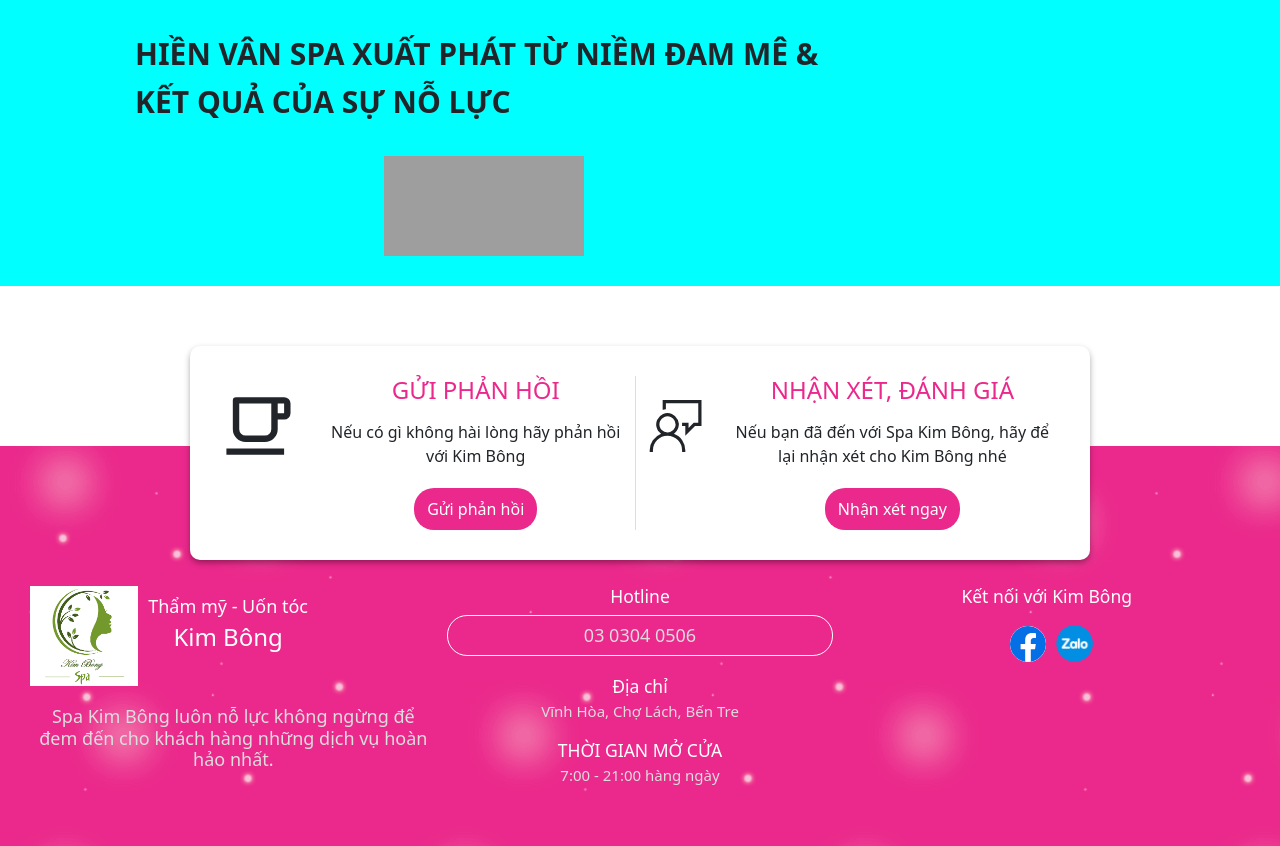
Repository: tranduykhuong/SpaKimBong
Page: /about
An editor plug-in stored every save of this project. The page is shown before and after the next save, followed by the edit.
The browser window is 1280 px wide. The pictures show the part of the page from y = 562 to 1408 px (the page is 1408 px tall).
Pictures or frames that could not be fetched are drawn as grey boxes. The project was rebuilt for these pictures with package versions that can differ from the ones it lists, and the page was loaded fresh each time. Also part of the build but not shown: src/components/Header/Slider/slider.scss, src/components/Header/Slider/Slider.js, src/components/Header/ListImage/listImage.scss, src/components/Header/ListImage/ListImage.js, src/pages/Home/home.scss, src/pages/Home/ListImage/listImage.scss, src/pages/Home/ListImage/ListImage.js, src/pages/Home/BookOnline/bookOnl.scss and 6 more.

Above is the page before, as saved 2022-06-02 01:19:20.

After the next save:
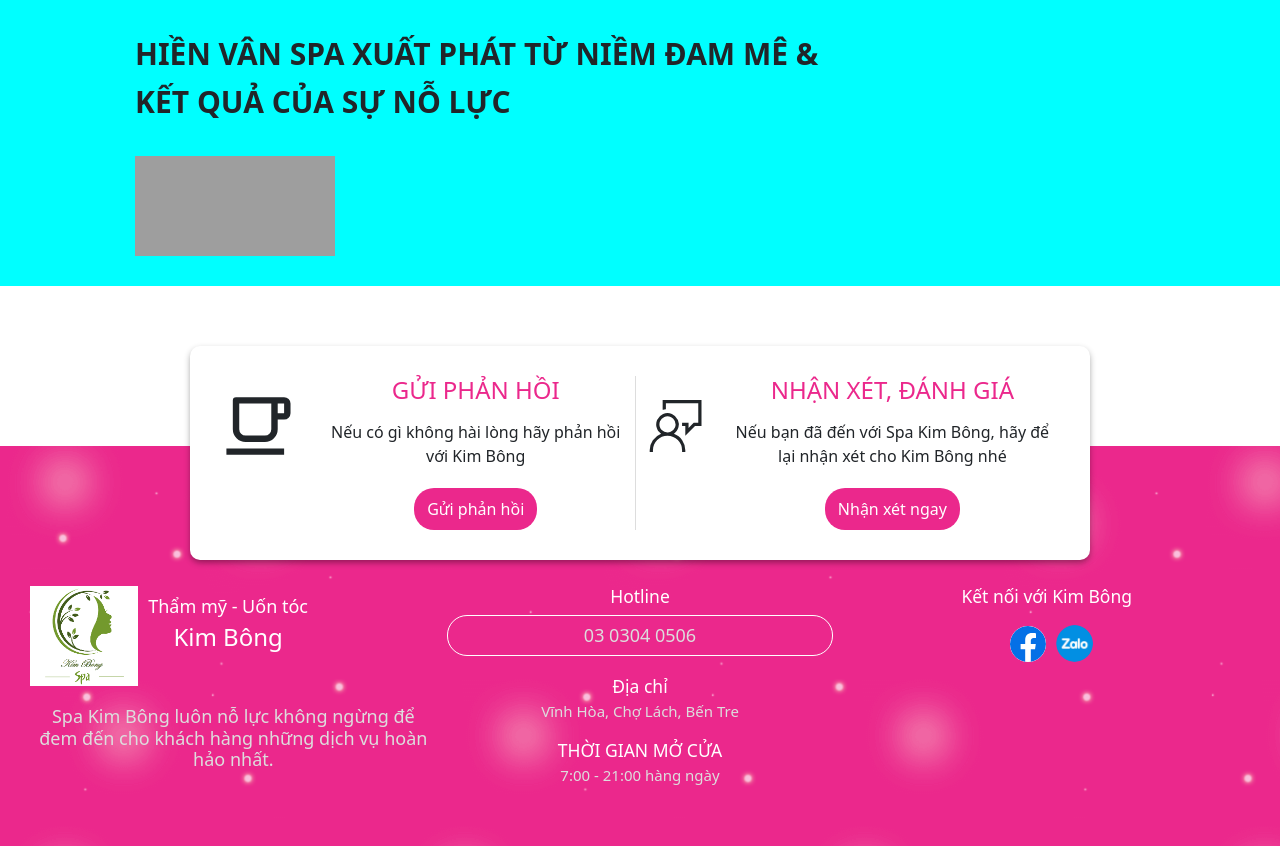
Saved 20 s later.
--- a/src/pages/About/About.scss
+++ b/src/pages/About/About.scss
@@ -18,9 +18,9 @@
       width: 60%;
       padding: 0 35px 30px;
       margin-left: 100px;
+      text-align: left;
 
       .title {
-        text-align: left;
         margin: 30px 0;
         h1 {
           font-size: 3rem;
